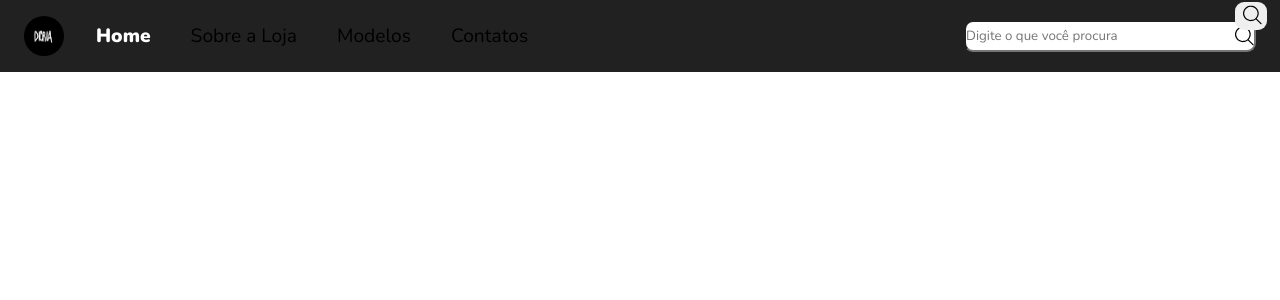
Repository: analessp/dicriastreet
Page: index.html
The author's editor kept a copy of each file at every save. The page is drawn from the files as they stood at one save, then again after a run of saves.
The browser window is 1280 px wide. The pictures show the whole page.

Above is the page before, as saved 2025-04-17 12:31:39.

After the next 3 saves:
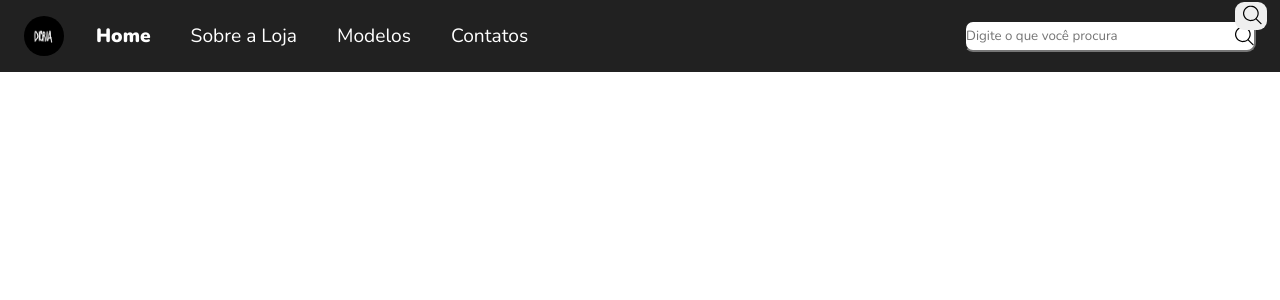
The 3 saves are shown as one change because they came seconds apart.
The last was saved 37 s later.
--- a/style.css
+++ b/style.css
@@ -21,6 +21,7 @@ header {
     justify-content: space-between;
     height: 3.5rem;
     background-color: var(--secondary-color);
+    color: var(--font-color);
     gap: 1.5rem;
     padding: 0.5rem 1.5rem;
 }
